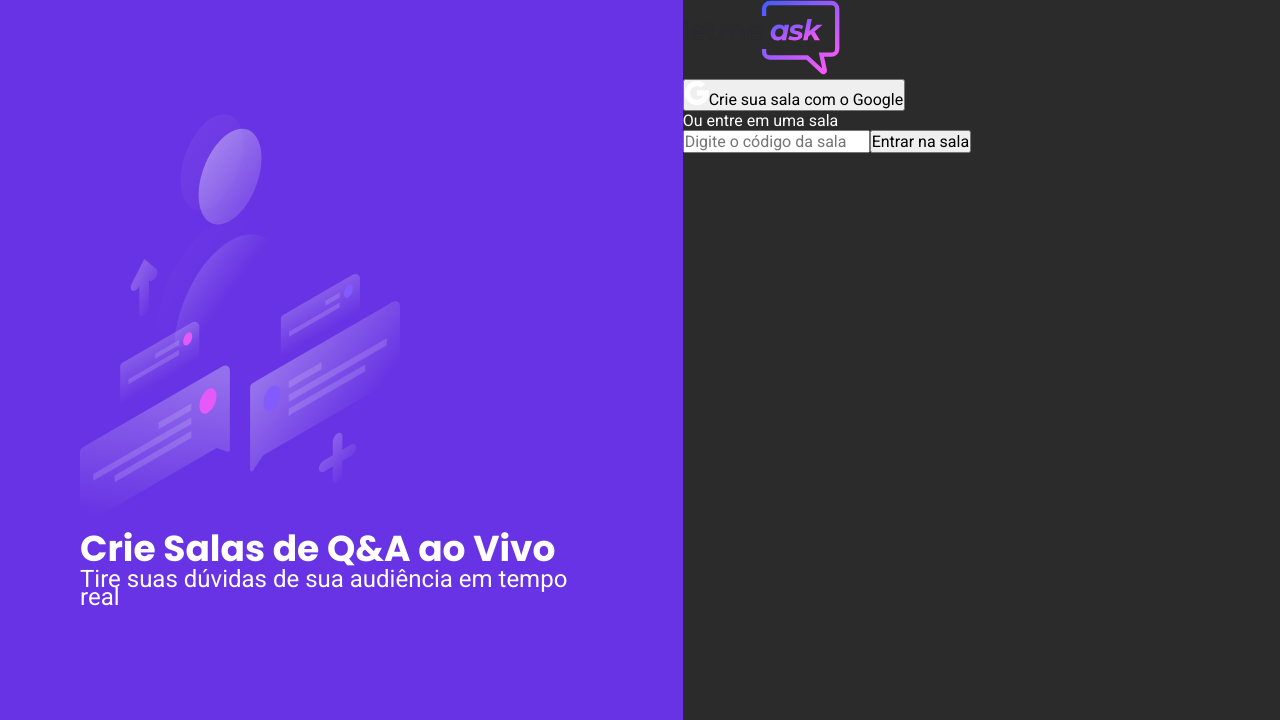
Repository: ANDRIEL123/NLW6-ReactJS-Letmeask
Page: /
An editor plug-in stored every save of this project. The page is shown before and after the next save, followed by the edit.
The browser window is 1280 px wide. The pictures show the whole page.
The project was rebuilt for these pictures with package versions that can differ from the ones it lists, and the page was loaded fresh each time.

Above is the page before, as saved 2021-10-11 13:25:04.

After the next save:
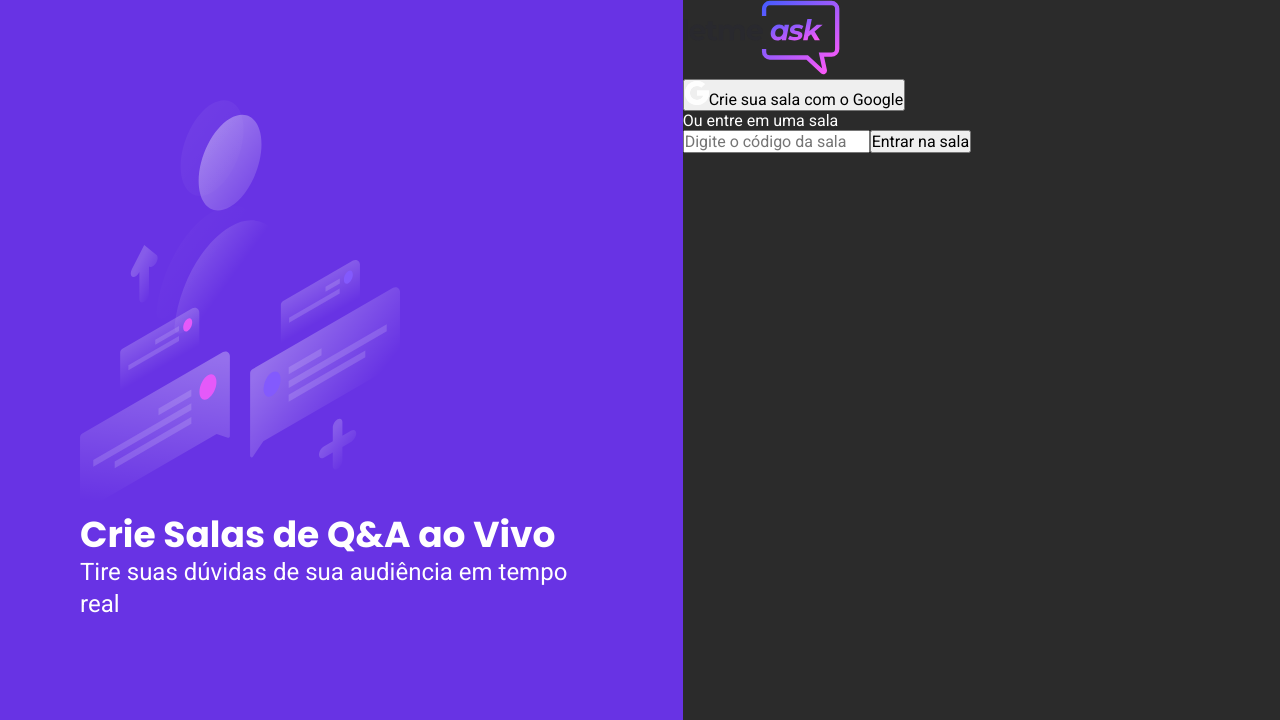
Saved 75 s later.
--- a/src/styles/auth.scss
+++ b/src/styles/auth.scss
@@ -24,7 +24,7 @@
 
         p {
             font-size: 24px;
-            line-height: 18px;
+            line-height: 32px;
         }
     }
 
